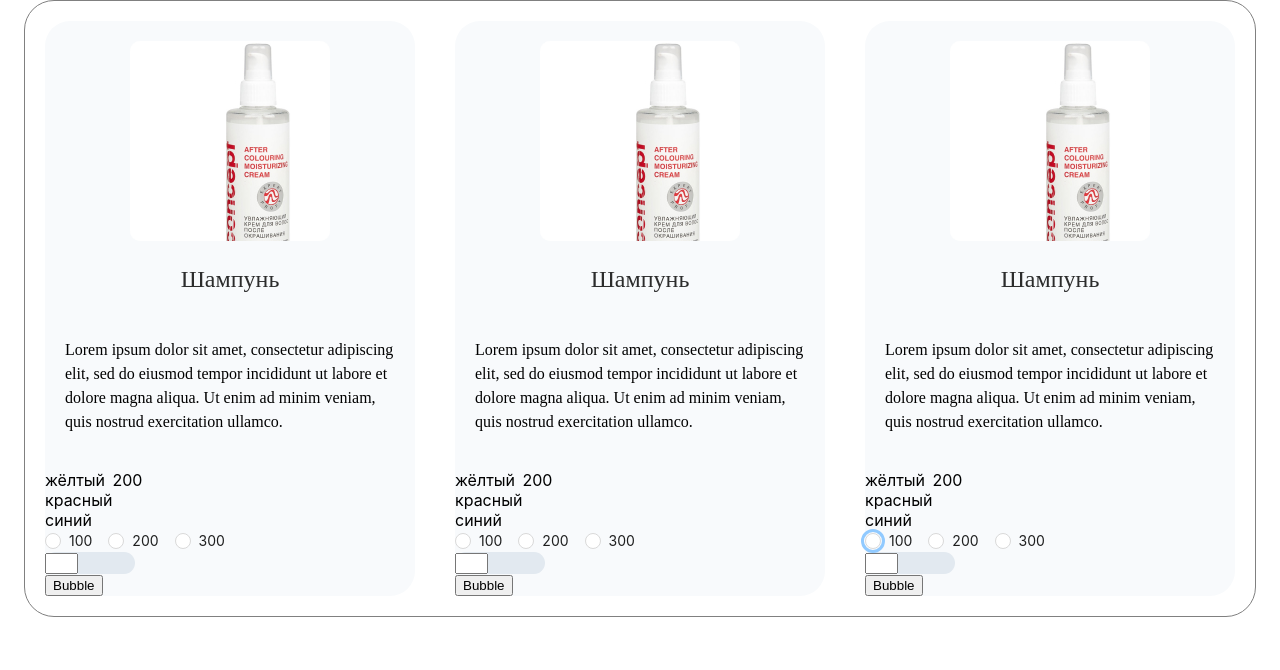
Repository: MiroslavWise/shamptu
Page: /
The author's editor kept a copy of each file at every save. The page is drawn from the files as they stood at one save, then again after the next save.
The browser window is 1280 px wide. The pictures show the whole page.
The project was rebuilt for these pictures with package versions that can differ from the ones it lists, and the page was loaded fresh each time. Also part of the build but not shown: src/App.css.

Above is the page before, as saved 2022-02-17 13:30:01.

### public/index.html
<!DOCTYPE html>
<html lang="en">
  <head>
    <meta charset="utf-8" />
    <meta name="viewport" content="width=device-width, initial-scale=1" />
    <meta name="theme-color" content="#000000" />
    <meta
      name="description"
      content="Web site created using create-react-app"
    />
    <link rel="manifest" href="%PUBLIC_URL%/manifest.json" />

    <title>React App</title>
  </head>
  <body>
    <noscript>You need to enable JavaScript to run this app.</noscript>
    <div id="root"></div>
  </body>
</html>

### src/index.css
body {
  margin: 0;
  font-family: -apple-system, BlinkMacSystemFont, 'Segoe UI', 'Roboto', 'Oxygen',
    'Ubuntu', 'Cantarell', 'Fira Sans', 'Droid Sans', 'Helvetica Neue',
    sans-serif;
  -webkit-font-smoothing: antialiased;
  -moz-osx-font-smoothing: grayscale;
  display: flex;
  align-items: center;
  justify-content: center;
}

code {
  font-family: source-code-pro, Menlo, Monaco, Consolas, 'Courier New',
    monospace;
}

### src/App.js

import 'App.css';
import Items from 'components/Items';

function App() {
  return (
   <Items />
  );
}

export default App;

### src/components/Items.jsx
import jpg from 'picture/1.jpg'

import './style.css'
import SpamItem from './items/SpamItem'
const Items = () => {
    return (
        <div className="big__container">
            <SpamItem image={jpg}/>
            <SpamItem image={jpg}/>
            <SpamItem image={jpg}/>
        </div>
    )
}

export default Items

### src/components/style.css
.big__container {
    display: grid;
    grid-template-columns: repeat(3, 1fr);
    background: #FFFFFF;
    border-radius: 30px;
    border: 1px gray solid;
}

### src/components/items/SpamItem.jsx

import { useState } from 'react'
import './style.css'
import { Menu, Dropdown, Button, message, Space, Tooltip, Radio } from 'antd'
import { DownOutlined, UserOutlined } from '@ant-design/icons'

function handleButtonClick(e) {
    message.info('Click on left button.');
    console.log('click left button', e);
  }

  function handleMenuClick(e) {
    message.info('Click on menu item.');
    console.log('click', e);
  }

const ShamItem = ({image}) => {
    const [prise, setPrise] = useState(200)

    return (
        <div className="container">
            <div className='image-line'>
                <div className='image'>
                    <img src={image}/>
                </div>
            </div>
            <p className='text'>Шампунь</p>
            <p className='text_about'>Lorem ipsum dolor sit amet, consectetur adipiscing elit, sed do eiusmod tempor incididunt ut labore et dolore magna aliqua. Ut enim ad minim veniam, quis nostrud exercitation ullamco.</p>
            <div className='block-info'>
                <div className='col-pri'>
                    <div className='colors'>
                        <div className='tab-color'>
                            <div>жёлтый</div>
                            <div>красный</div>
                            <div>синий</div>
                        </div>

                    </div>
                    <div className='prise'>{prise}</div>
                </div>
                <div className='volume'></div>
                <Radio.Group name="radiogroup" defaultValue={1}>
                    <Radio value={100} autoFocus>100</Radio>
                    <Radio value={200}>200</Radio>
                    <Radio value={300}>300</Radio>
                </Radio.Group>
                <div className='footer'>
                    <div className='quantity'><input type={'number'} min={1}></input></div>
                    <div className='button'><button>Bubble</button></div>
                </div>
            </div>
        </div>

    )
}

export default ShamItem

### src/components/items/style.css
.container{
    width: 370px;
    margin: 20px;
    background: #F8FAFC;
    border-radius: 25px;
}

.image-line {
    width: 200px;
    height: 200px;
    background-color: rgba(255, 255, 255, 0.775);
    margin: 20px auto;
    border-radius: 10px;
    overflow: hidden;
}

.image {
    height: auto;
    width: auto;
    position: relative;
    transition: all .4s ease-in-out;
    object-fit: cover;
}

.image:hover {
    cursor: pointer;
    transform: scale(1.4)
}

.text{
    font-family: 'SF UI Display';
    font-size: 24px;
    font-style: normal;
    font-weight: 500;
    line-height: 29px;
    letter-spacing: 0em;
    text-align: center;
    color: #2C2C2C;
}

.text_about {
    font-family: 'SF UI Display';
    font-size: 16px;
    font-style: normal;
    font-weight: 400;
    line-height: 24px;
    letter-spacing: 0em;
    text-align: left;
    padding: 20px;
}

.block-info{
    display: flex;
    flex-direction: column;
}

.col-pri{
    display: flex;
}

input {
    width: 25px;

}

.quantity{
    background: #E2E9F0;
    border-radius: 30px;
    width: 90px;
}

input::-webkit-outer-spin-button,
input::-webkit-inner-spin-button {
    -webkit-appearance: none;
}



.button{

}

Loaded but not shown: src/index.js (common file); src/reportWebVitals.js (common file)

After the next save:
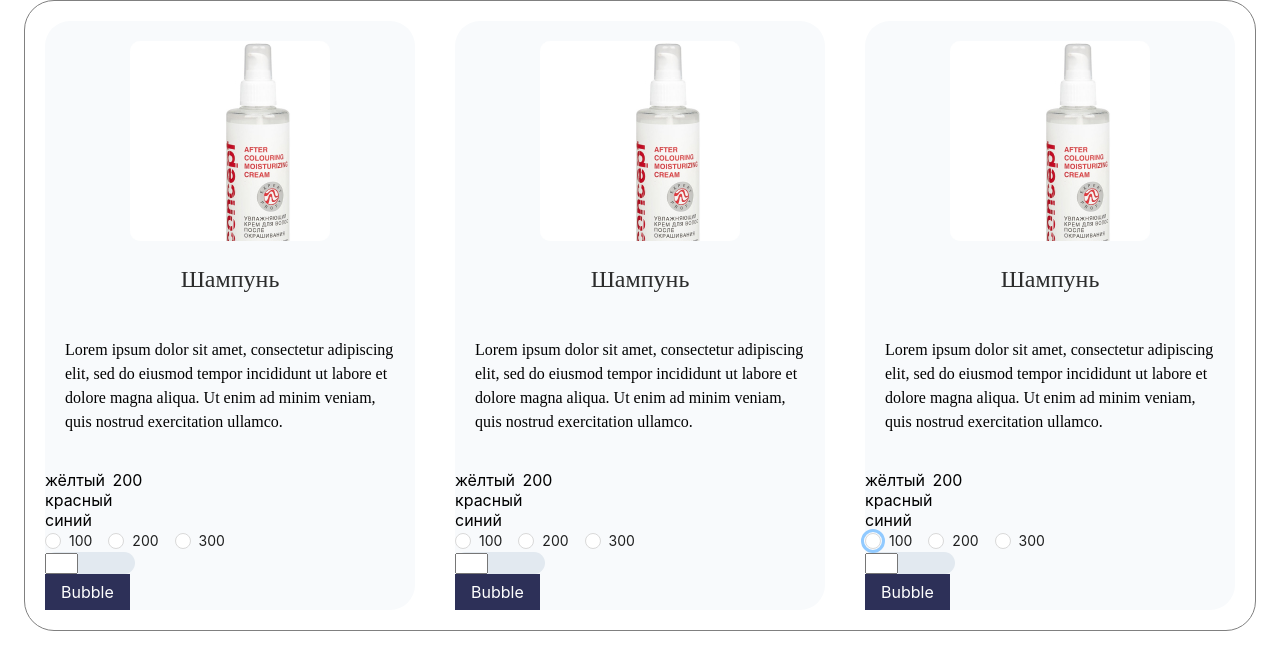
Saved 16 s later.
--- a/src/components/items/style.css
+++ b/src/components/items/style.css
@@ -74,8 +74,40 @@
     -webkit-appearance: none;
 }
 
+button {
+    z-index: 1;
+    position: relative;
+    font-size: inherit;
+    font-family: inherit;
+    color: white;
+    padding: 0.5em 1em;
+    outline: none;
+    border: none;
+    background-color: hsl(236, 32%, 26%);
+    overflow: hidden;
+    transition: color 0.4s ease-in-out;
+  }
 
+  button::before {
+    content: '';
+    z-index: -1;
+    position: absolute;
+    top: 50%;
+    left: 50%;
+    width: 1em;
+    height: 1em;
+    border-radius: 50%;
+    background-color: #3cefff;
+    transform-origin: center;
+    transform: translate3d(-50%, -50%, 0) scale3d(0, 0, 0);
+    transition: transform 0.45s ease-in-out;
+  }
 
-.button{
+  button:hover {
+    cursor: pointer;
+    color: #161616;
+  }
 
-}
+  button:hover::before {
+    transform: translate3d(-50%, -50%, 0) scale3d(15, 15, 15);
+  }
